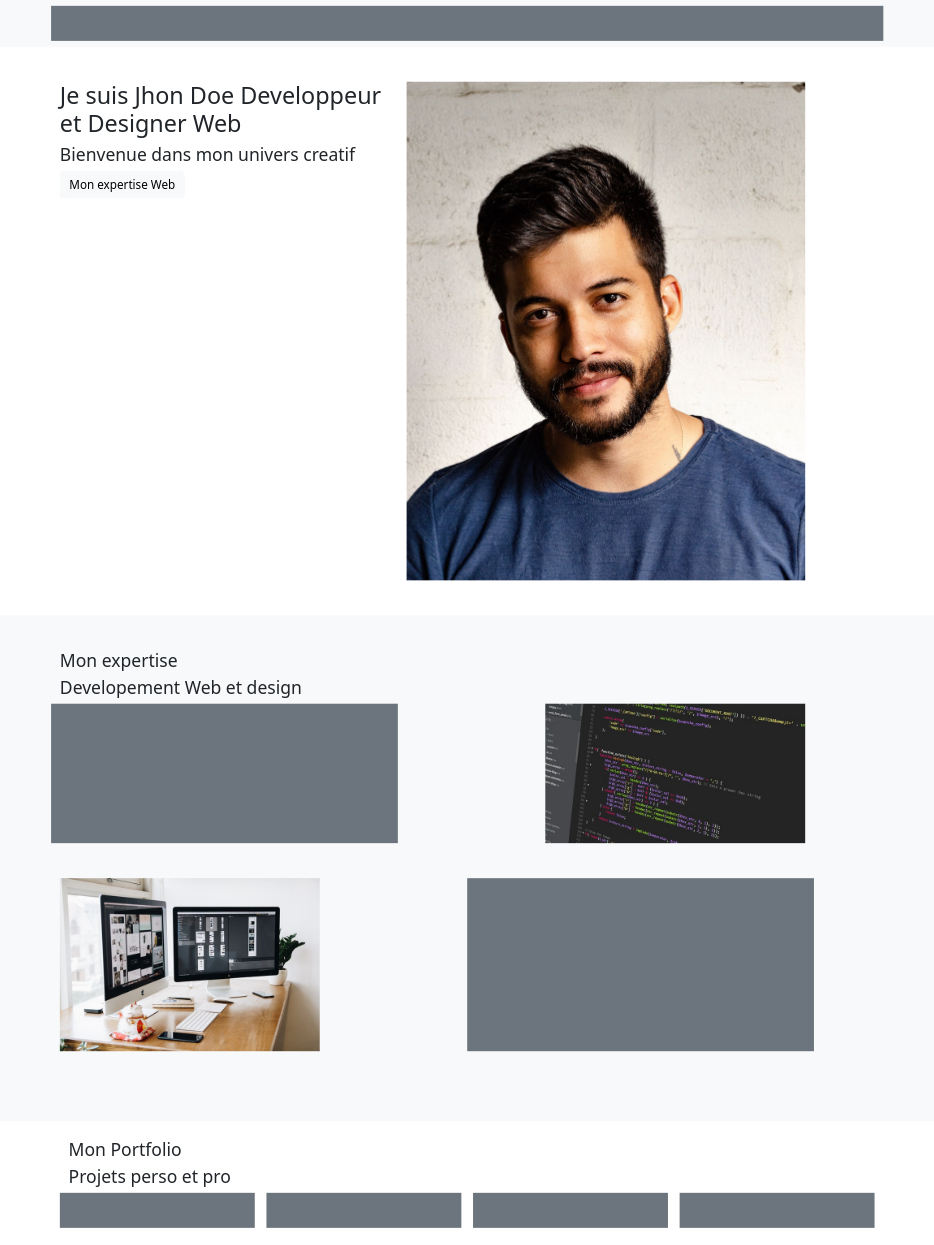
Repository: wadelfadill/Bootstrap_tache_1_portfolio
Page: index.html
The author's editor kept a copy of each file at every save. The page is drawn from the files as they stood at one save, then again after the next save.
The browser window is 1280 px wide. The pictures show the whole page, at 73% of full size.

Above is the page before, as saved 2023-03-27 13:10:19.

### index.html
<!DOCTYPE html>
<html lang="en">
<head>
    <meta charset="UTF-8">
    <meta http-equiv="X-UA-Compatible" content="IE=edge">
    <meta name="viewport" content="width=device-width, initial-scale=1.0">
    <title>Portfolio_Bootstrap</title>
    <link href="https://cdn.jsdelivr.net/npm/bootstrap@5.3.0-alpha2/dist/css/bootstrap.min.css" rel="stylesheet" integrity="sha384-aFq/bzH65dt+w6FI2ooMVUpc+21e0SRygnTpmBvdBgSdnuTN7QbdgL+OapgHtvPp" crossorigin="anonymous">
    <link rel="stylesheet" href="style.css">
</head>
<body>
    <header>
        <nav class="navbar bg-light container-fluid">
            <div class="container bg-secondary py-4">

            </div>
        </nav>
    </header>
    <main>
        <section class="my-5">
            <div class="container">
                <div class="row">
                    <div class="col-5">
                        <p class="h2">Je suis Jhon Doe Developpeur et Designer Web</p>
                        <p class="h4">Bienvenue dans mon univers creatif</p>
                        <a class="btn btn-light" href="#" role="button">Mon expertise Web</a>

                    </div>
                    <div class="col-6">
                        <img src="img/portrait.jpg" alt="profile de Jhon Doe" class="w-100">
                    </div>
                </div>
            </div>
        </section>
        <section>
            <div class="container-fluid bg-light py-5 mt-5">
                <div class="container ">
                 <p class="h4">Mon expertise</p>
                 <p class="h4">Developement Web et design</p>
                <div class="row">
                    <div class="col-5 bg-secondary">

                    </div>
                    <div class="col-2"></div>
                    <div class="col-4">
                        <img src="img/code.jpg" alt="" class="w-100">
                    </div>
                </div>
                <div class="row my-5">
                    <div class="col-4">
                        <img src="img/design.jpg" alt="" class="w-100">
                    </div>
                    <div class="col-2"></div>
                    <div class="col-5 bg-secondary">

                    </div>
                </div>
             </div>
        </section>
        <section class="container">
            <div class="container my-4">
                <p class="h4">Mon Portfolio</p>
                <p class="h4">Projets perso et pro</p>
                <div class="row gap-3">
                    <div class="col bg-secondary py-4"></div>
                    <div class="col bg-secondary py-4"></div>
                    <div class="col bg-secondary py-4"></div>
                    <div class="col bg-secondary py-4"></div>
                </div>
            </div>
        </section>
        <section></section>
    </main>



</body>
</html>

Loaded but not shown: style.css (no stored copy; drawn as an empty file)

After the next save:
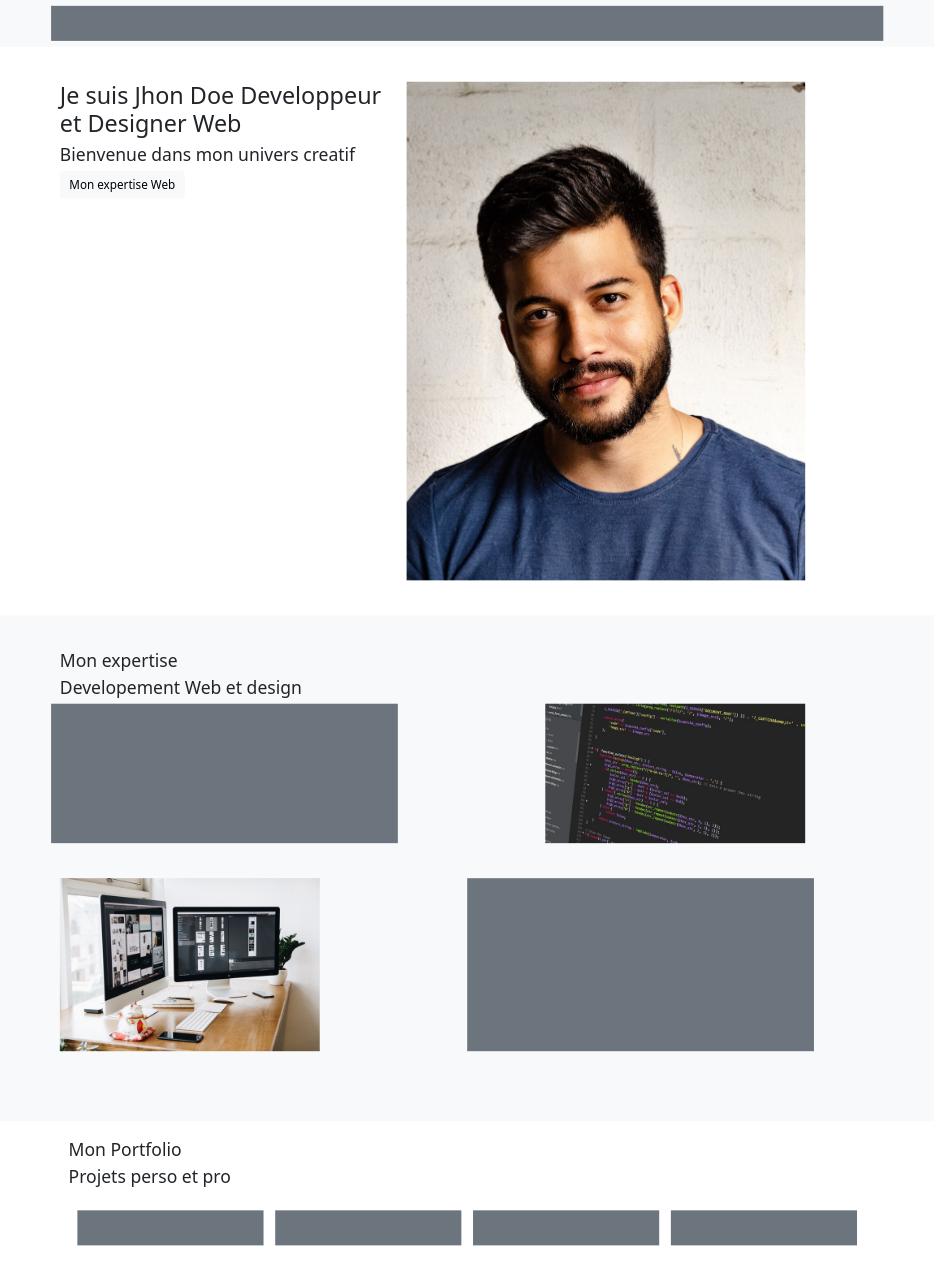
Saved 21 s later.
--- a/index.html
+++ b/index.html
@@ -61,7 +61,7 @@
             <div class="container my-4">
                 <p class="h4">Mon Portfolio</p>
                 <p class="h4">Projets perso et pro</p>
-                <div class="row gap-3">
+                <div class="row gap-3 p-4">
                     <div class="col bg-secondary py-4"></div>
                     <div class="col bg-secondary py-4"></div>
                     <div class="col bg-secondary py-4"></div>
